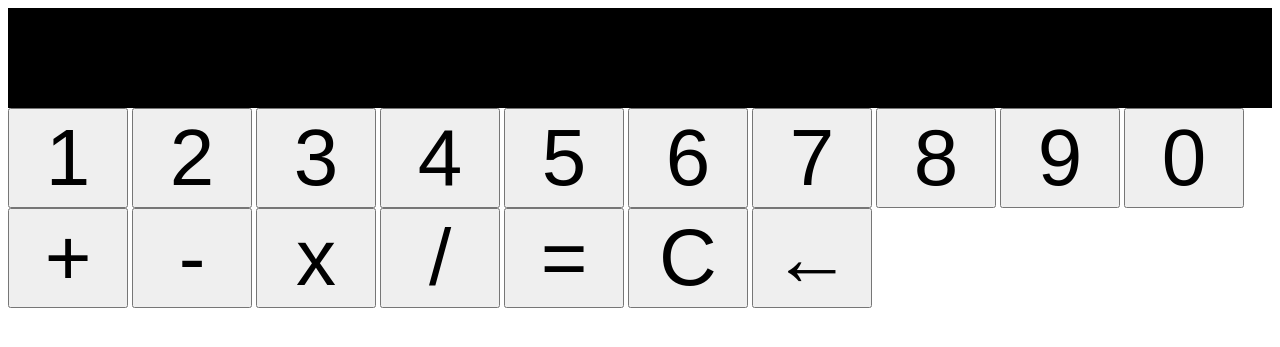
Repository: TEazy2433/LAB-calculator
Page: index.html
An editor plug-in stored every save of this project. The page is shown before and after the next save, followed by the edit.
The browser window is 1280 px wide. The pictures show the whole page.

Above is the page before, as saved 2023-10-13 17:44:35.

### index.html
<!DOCTYPE html>
<html lang="en">
<head>
  <meta charset="UTF-8">
  <meta name="viewport" content="width=device-width, initial-scale=1.0">
  <title>calculator</title>
  <link rel="stylesheet" href="main.css">
</head>
<body>

  <div class="calculator">
    <div class="display">1</div>
    <div class="buttons">
      <button class="key">1</button>
      <button class="key">2</button>
      <button class="key">3</button>
      <button class="key">4</button>
      <button class="key">5</button>
      <button class="key">6</button>
      <button class="key">7</button>
      <button class="key">8</button>
      <button class="key">9</button>
      <button class="zero">0</button>
      <button class="operator">+</button>
      <button class="operator">-</button>
      <button class="operator">x</button>
      <button class="operator">/</button>
      <button class="operator">=</button>
      <button class="clear">C</button>
      <button class="Arrow">&#8592;</button>



    </div>
  </div>


</body>
</html>

### main.css
.display{
  width: 100%;
  height: 100px;
  background: black;
  align-items: center;
  flex-wrap: flex;
  border: none;
}
button{
  align-items: center;
  height: 100px;
  width: 120px;
  font-size: 80px;
}

After the next save:
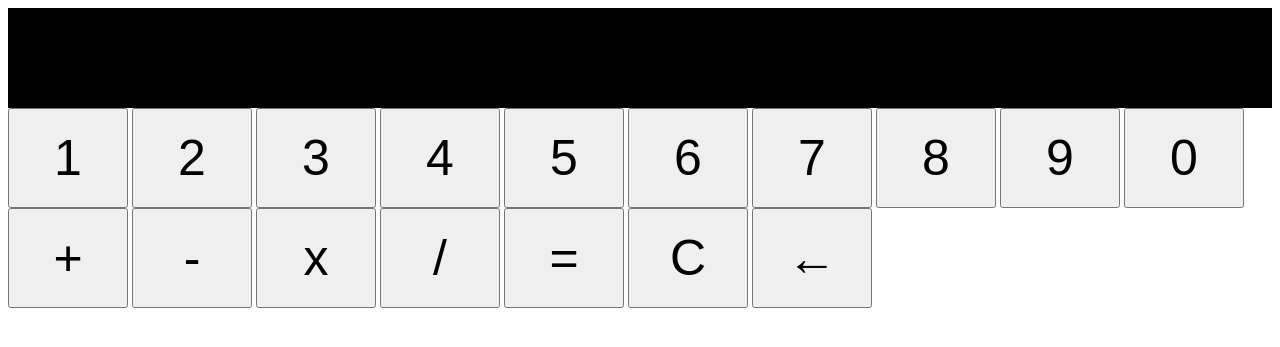
Saved 13 s later.
--- a/main.css
+++ b/main.css
@@ -10,5 +10,5 @@ button{
   align-items: center;
   height: 100px;
   width: 120px;
-  font-size: 80px;
+  font-size: 50px;
 }
